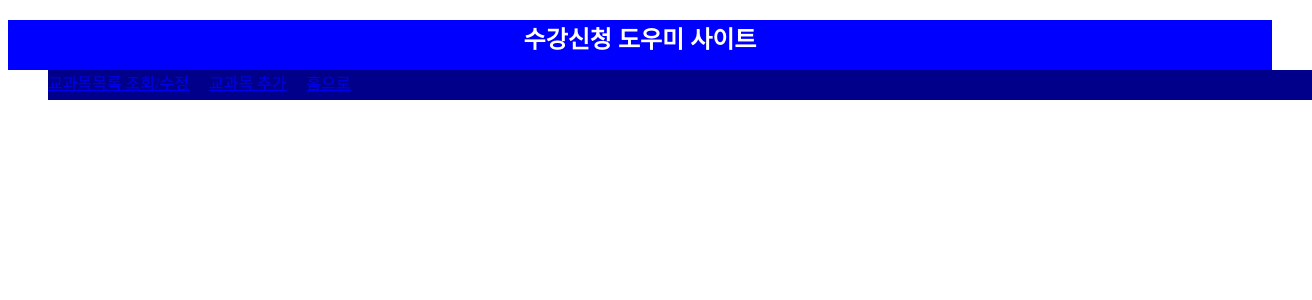
Repository: yuuki08noah/CHUNGCHUSANKI
Page: http://localhost/project/header.jsp
An editor plug-in stored every save of this project. The page is shown before and after the next save, followed by the edit.
The browser window is 1280 px wide. The page is 1312 px wide, so the pictures cover 1312 px, including what lies to the right of the window. The pictures show the whole page.
The page is served by Tomcat 9.

Above is the page before, as saved 2025-03-25 08:20:04.

After the next save:
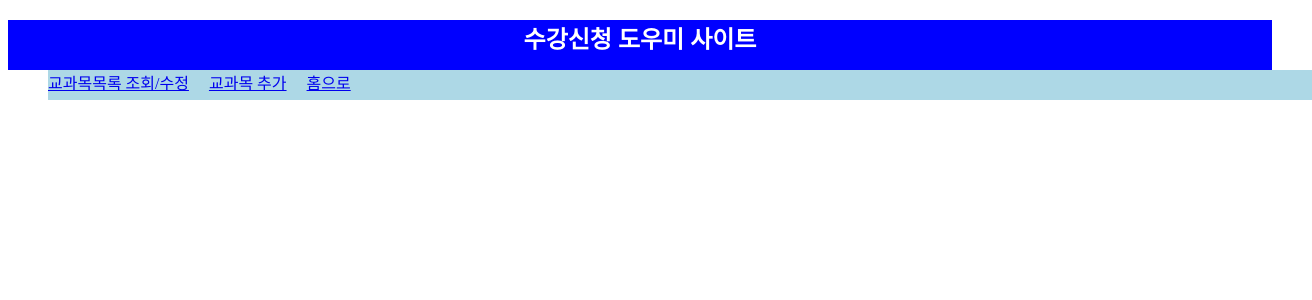
Saved 19 s later.
--- a/HRD_002/project/src/main/webapp/header.jsp
+++ b/HRD_002/project/src/main/webapp/header.jsp
@@ -10,7 +10,7 @@
 	<header style="height: 50px; width: 100%; color: white; background-color: blue; text-align: center;">
 		<h2>수강신청 도우미 사이트</h2>
 	</header>
-	<nav style="height: 30px; width: 100%; color: white; background-color: darkblue; display: flex; gap: 20px; margin-left: 40px;">
+	<nav style="height: 30px; width: 100%; color: white; background-color: lightblue; display: flex; gap: 20px; margin-left: 40px;">
 		<a href="#">교과목목록 조회/수정</a>
 		<a href="#">교과목 추가</a>
 		<a href="#">홈으로</a>
